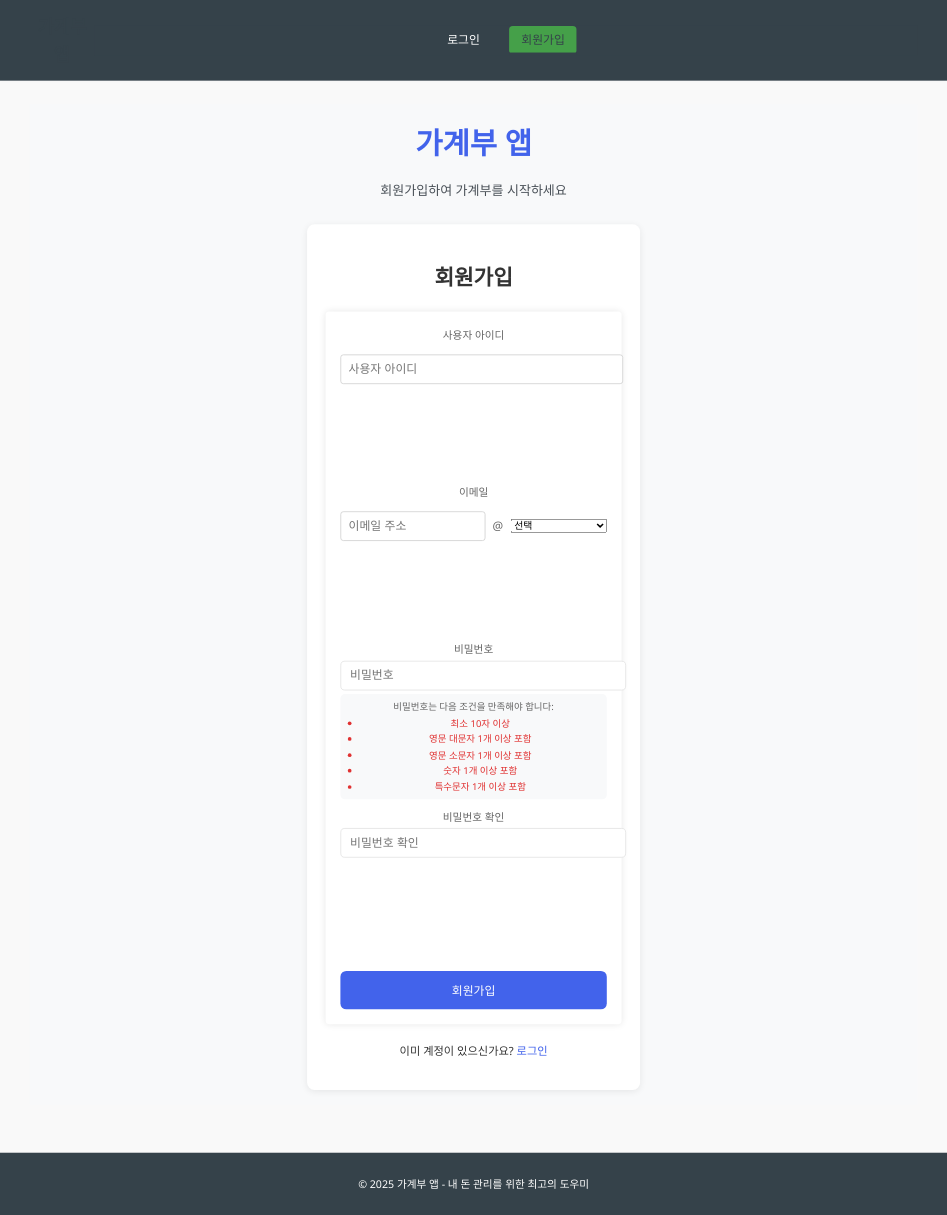
Repository: dldnwls07/Register_Login_Form
Page: /register
The author's editor kept a copy of each file at every save. The page is drawn from the files as they stood at one save, then again after the next save.
The browser window is 1280 px wide. The pictures show the whole page, at 74% of full size.
The project was rebuilt for these pictures with package versions that can differ from the ones it lists, and the page was loaded fresh each time. Also part of the build but not shown: src/components/Summary.jsx, src/styles/pages/MainPage.css, src/pages/MainPage.jsx, src/utils/categoryData.js, src/components/CategorySelector.jsx, src/components/EntryForm.jsx, src/components/EntryTable.jsx, src/components/SearchBar.jsx and 15 more.

Above is the page before, as saved 2025-05-23 14:11:13.

After the next save:
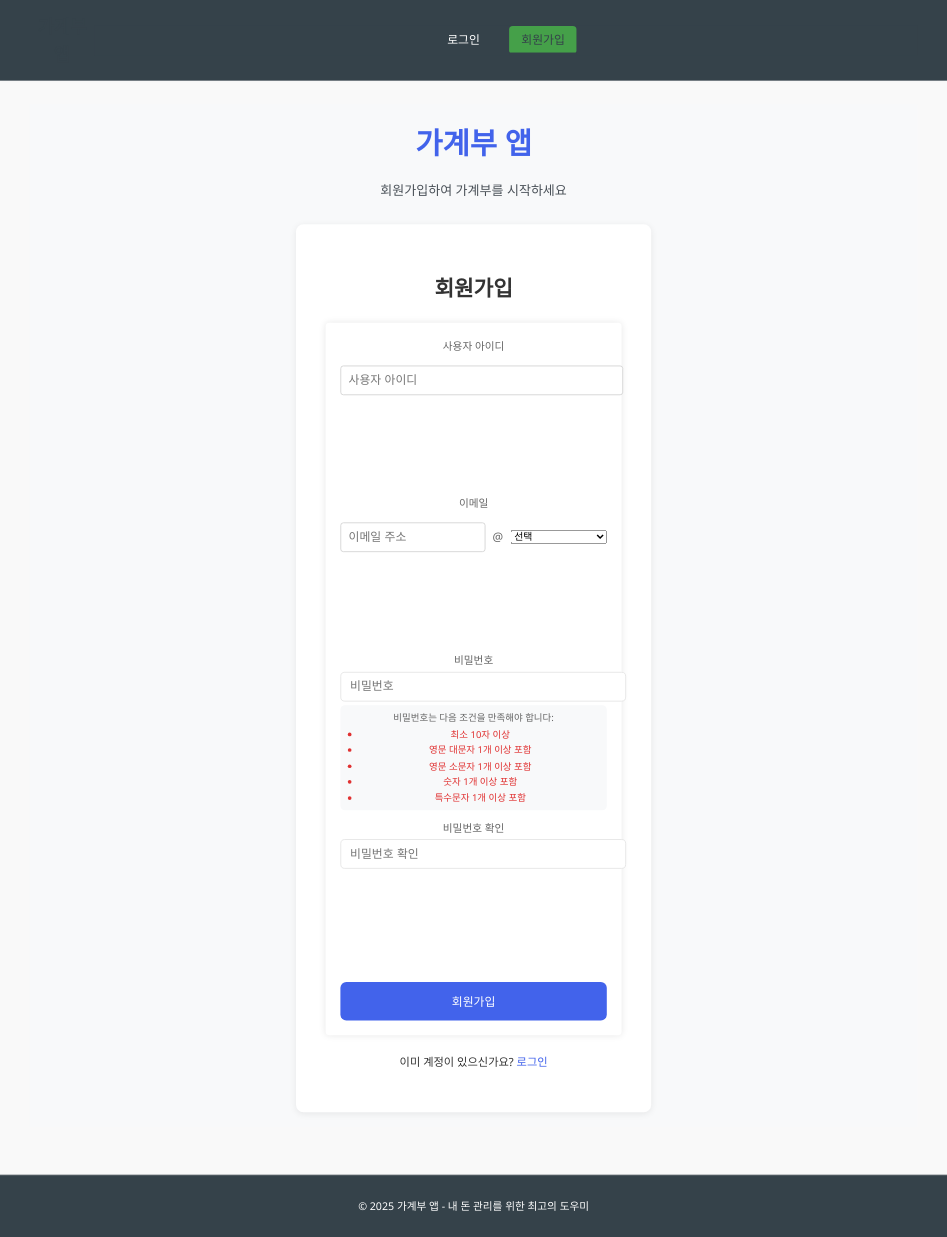
Saved 44 s later.
--- a/src/styles/components/AuthForm.css
+++ b/src/styles/components/AuthForm.css
@@ -3,7 +3,7 @@
 .auth-form-container {
   max-width: 400px;
   margin: 0 auto;
-  padding: 25px;
+  padding: 40px;
   background-color: #fff;
   border-radius: 10px;
   box-shadow: 0 2px 10px rgba(0, 0, 0, 0.08);
